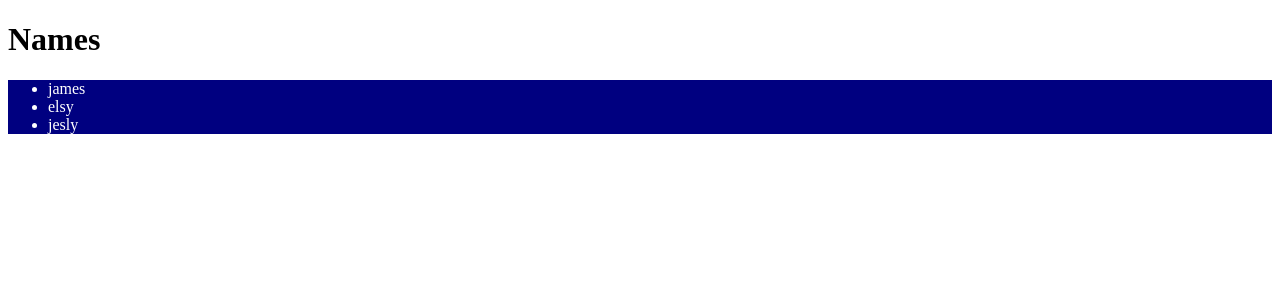
Repository: Akhilanishith/phpprojectgh
Page: http://localhost/names.php
The author's editor kept a copy of each file at every save. The page is drawn from the files as they stood at one save, then again after a run of saves.
The browser window is 1280 px wide. The pictures show the whole page.
The page is run by PHP 8.4 with error messages shown; the project is at /var/www/html/.

Above is the page before, as saved 2022-12-14 12:40:00.

### names.php
<?php
$names=['james','elsy', 'jesly',];
?>


<!DOCTYPE html>
<html lang="en">
<head>
    <meta charset="UTF-8">
    <meta http-equiv="X-UA-Compatible" content="IE=edge">
    <meta name="viewport" content="width=device-width, initial-scale=1.0">
    <title>Document</title>
    <style>
        .some-names{
            background-color: navy;
            color: white;
        }
        .more-names{
            background-color: gray;
        }
    </style>
</head>
<body class="">
    <h1>Names</h1>
    <ul class="<?= count($names)> 3 ? 'more-names' : 'some-names' ?>">
        <?php foreach($names as $name){?>
            <li><?=$name ?></li>
            <?php }  ?>


    </ul>


</body>
</html>

After the next 4 saves:
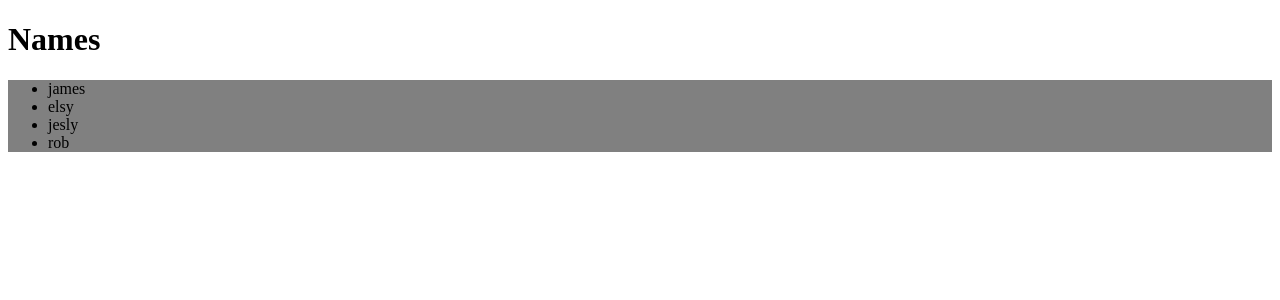
The 4 saves are shown as one change because they came seconds apart.
The last was saved 31 s later.
--- a/names.php
+++ b/names.php
@@ -1,5 +1,5 @@
 <?php
-$names=['james','elsy', 'jesly',];
+$names=['james','elsy', 'jesly','rob',];
 ?>
 
 
